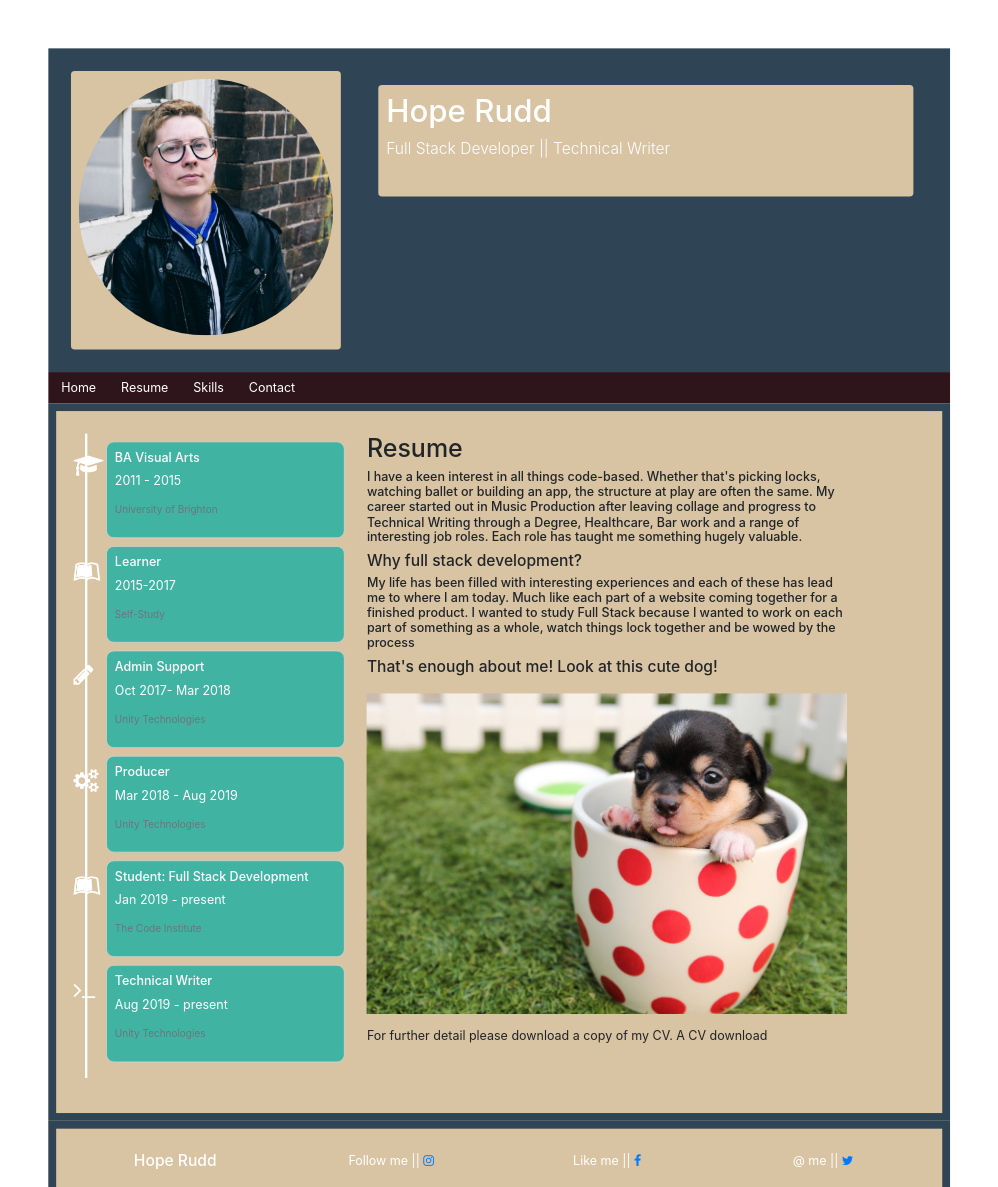
Repository: BleakTerrain/MilestoneProject-
Page: resume.html
The author's editor kept a record of every edit. The page is drawn from the files as they stood at one moment, then again after the next edit.
The browser window is 1280 px wide. The pictures show the whole page, at 78% of full size.
Some web libraries are served in a nearby version.

Above is the page before.

After the next edit:
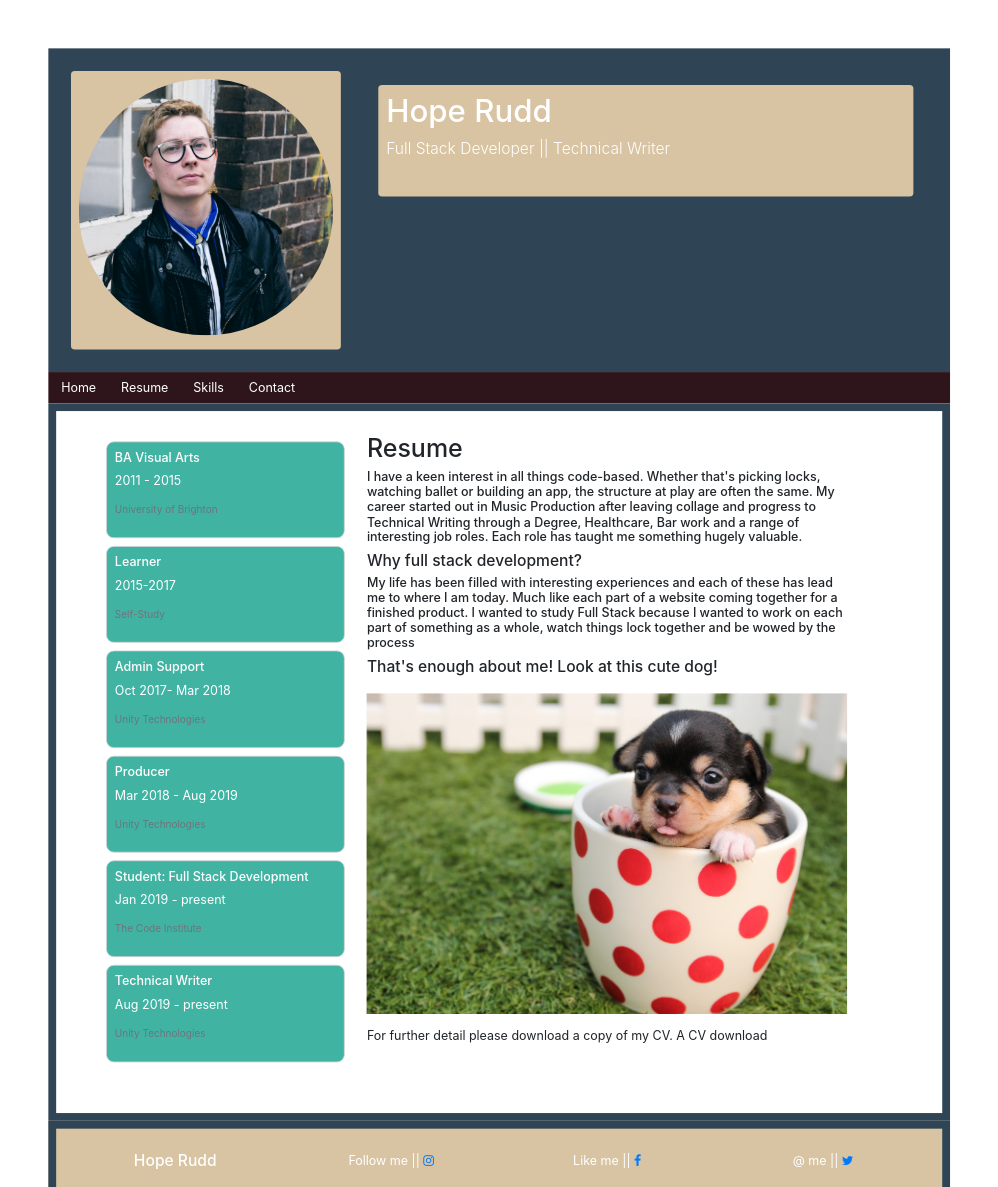
The edit:
--- a/assets/CSS/stylesheet.css
+++ b/assets/CSS/stylesheet.css
@@ -140,7 +140,7 @@
 
 .resume-main-text
 {
-  background-color:#D8C3A3 ;
+  background-color:#fff ;
   border: solid 10px #2f4454;
   padding:2.5% ;
 }
